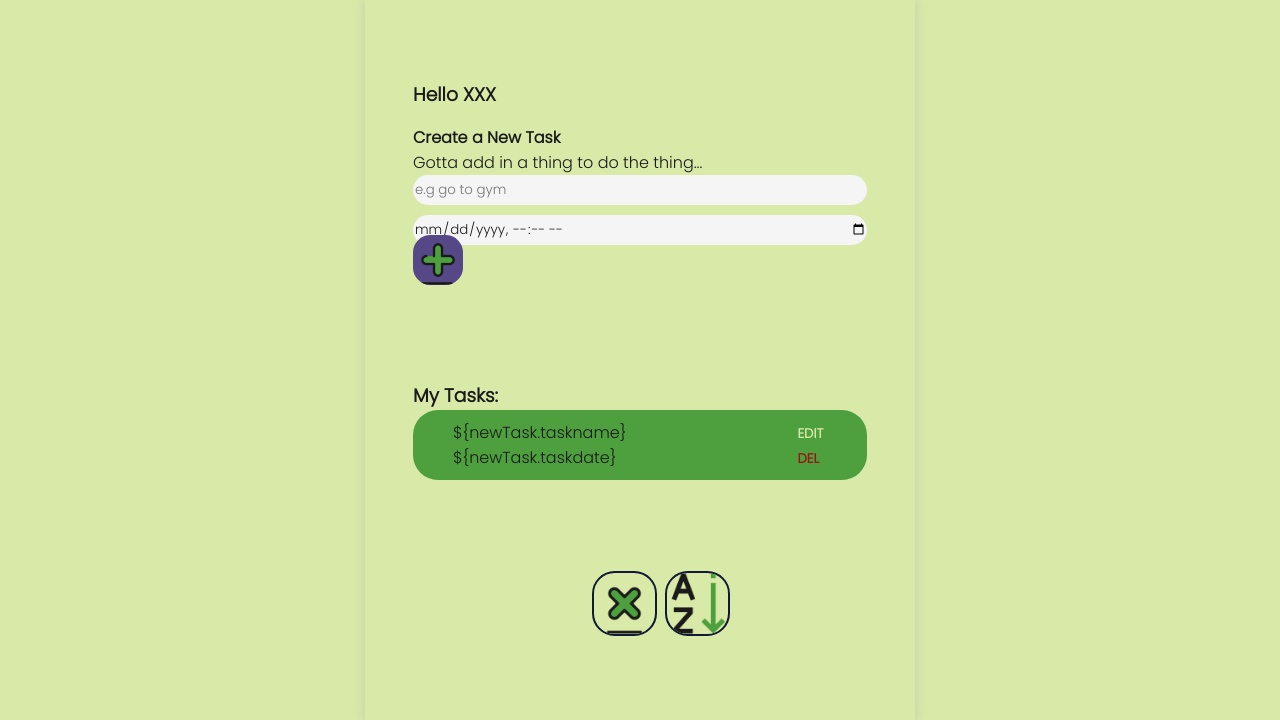
Repository: acidpixie/todo-app-version3
Page: index.html
These files come from the project's save history. The page is drawn as it stood at one moment and after the next save; the edit follows.
The browser window is 1280 px wide. The pictures show the whole page.

Above is the page before, as saved 2022-06-11 16:19:04.

### index.html
<!DOCTYPE html>
<html lang="en">
<head>
    <meta charset="UTF-8">
    <meta http-equiv="X-UA-Compatible" content="IE=edge">
    <meta name="viewport" content="width=device-width, initial-scale=1.0">
    <title>Todo Application</title>

    <link rel="stylesheet" type="text/css" href="/css/stylesheet.css">
    <script type="text/javascript" src="/js/script.js" defer></script>

    <!--google fonts - poppins-->
    <link rel="preconnect" href="https://fonts.googleapis.com">
    <link rel="preconnect" href="https://fonts.gstatic.com" crossorigin>
    <link href="https://fonts.googleapis.com/css2?family=Poppins:wght@200;300&display=swap" rel="stylesheet">


</head>
<body>

    <section>
        <header class="heading">
        <h3>Hello XXX</h3>
        </header>

        <div>
            <h4>Create a New Task</h4>
            <form>
                <label>Gotta add in a thing to do the thing...</label>
                <input type="text" class="user-input" id="input-task" placeholder="e.g go to gym">
                <p id="empty-input"></p>
                <input type="datetime-local" class="user-date" id="input-date">
                <img src="/images/add.png" type="submit" class="add-new-task" id="add-new-task-button"></img>
                </label>
            </form>
       </div>
    </section>

    <section>
        <div id="display-tasks" class="display">
            <h3>My Tasks:</h3>
            <ul class="task-item" id="task-list">
                <li class="list-item" id="list-item" data-id="${newTask.taskId}">
                    <div class="list-container">
                        <span class="list-input" id="list-input">${newTask.taskname}</span>
                        <span class="list-date-input" id="list-date-input">${newTask.taskdate}</span>
                    </div>
                    <div class="list-buttons">
                        <button class="edit-item" id="edit-item">EDIT</button>
                        <button class="delete-item" id="delete-item">DEL</button>
                    </div>
                </li>
            </ul>
        </div>
    </section>

    <section class="user-buttons" id="buttons-user">
        <img src="/images/delete.png" class="user-button" id="clear-button"></img>
        <img src="/images/sort-a-z.png" class="user-button" id="sort-button"></img>
    </section>


</body>
</html>

### css/stylesheet.css
/*color pallet
#191A19 - black
#1E5128 - dark green
#4E9F3D - light green
#D8E9A8 - whitish green gray
#f5f5f5 - white smoke
*/



* {
    box-sizing: border-box;
    font-family: "poppins", sans-serif;
    margin: 0;
}

body {
    background-color: #D8E9A8;
    color: #191A19;
    max-width: 550px;
    min-height: 100vh;
    margin: auto;
    box-shadow: 0 1px 10px 0px rgba(176, 173, 173, 0.467);
    position: relative;
}


section {
    padding: 3rem;
}

.heading {
    padding-top: 2rem;
    padding-bottom: 1rem;
}

form {
    display: flex;
    flex-direction: column;
}

input {
    height: 30px;
    border: none;
    color: #191A19;
    background-color: #f5f5f5;
    border-radius: 25px;
}

.user-date {
    margin-top: 10px;
}

li {
    display: flex;
    flex-direction: row;
    padding-left: 0;
    padding-top: 10px;
    list-style: none;
}

ul {
    height: 70px;
    background-color: #4E9F3D ;
    border-radius: 25px;
    align-items: center;
}

.edit-item {
    background-color: #4E9F3D;
    border: none;
    color: #D8E9A8;
    font-weight: 600;
    cursor: pointer;
}

.delete-item {
    background-color: #4E9F3D;
    border: none;
    color: #9a1616;
    font-weight: 600;
    cursor: pointer;
}


.user-buttons {
    display: flex;
    flex-direction: row;
    gap: 8px;
    position: absolute;
    bottom: 5%;
    right: 25%;
}

.user-button {
    display: flex;
    height: 65px;
    width: 65px;
    gap: 10px;
    border: solid 2px #101935;
    border-radius: 35%;
    cursor: pointer;

}

.add-new-task {
    height: 50px;
    width: 50px;
    font-size: 28px;
    color: #F2FDFF;
    background-color: #564787;
    margin-top: -10px;
    border: none;
    border-radius: 35%;
    cursor: pointer;

}

Loaded but not shown: js/script.js (no copy from this time; the picture is the same without it)

After the next save:
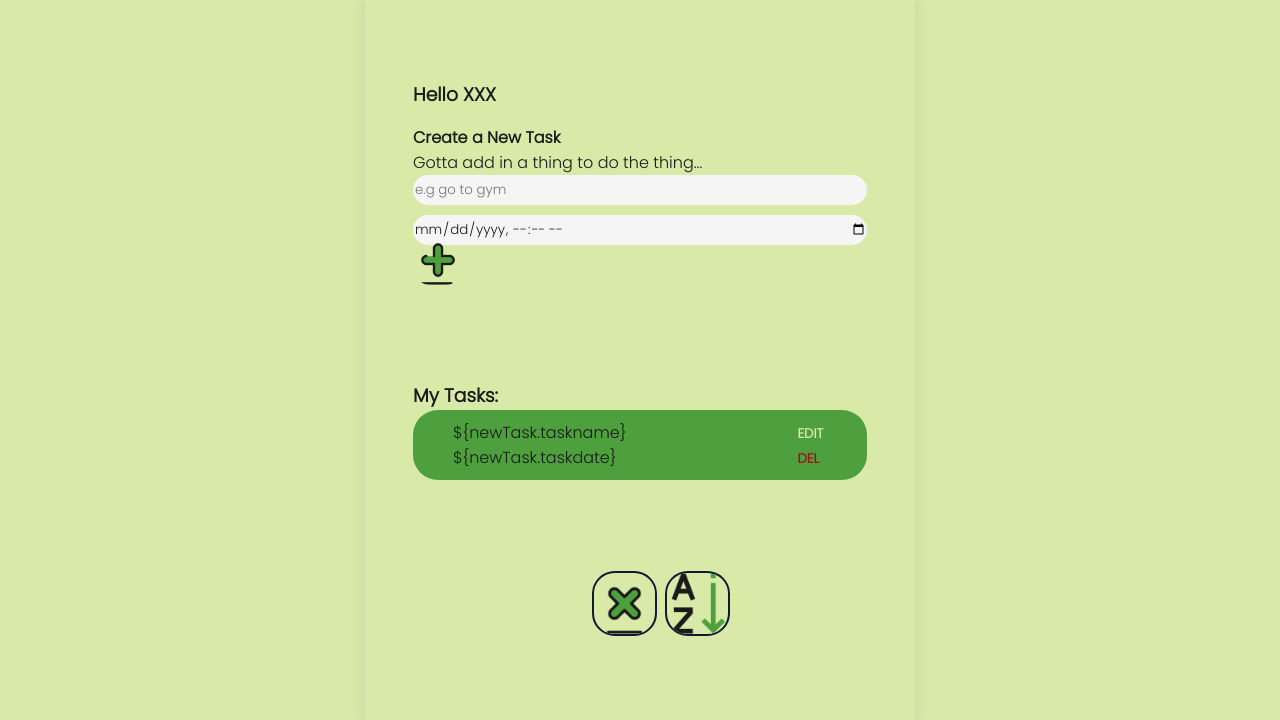
Saved 15 s later.
--- a/css/stylesheet.css
+++ b/css/stylesheet.css
@@ -106,9 +106,7 @@ ul {
 .add-new-task {
     height: 50px;
     width: 50px;
-    font-size: 28px;
-    color: #F2FDFF;
-    background-color: #564787;
+    background-color: none;
     margin-top: -10px;
     border: none;
     border-radius: 35%;
